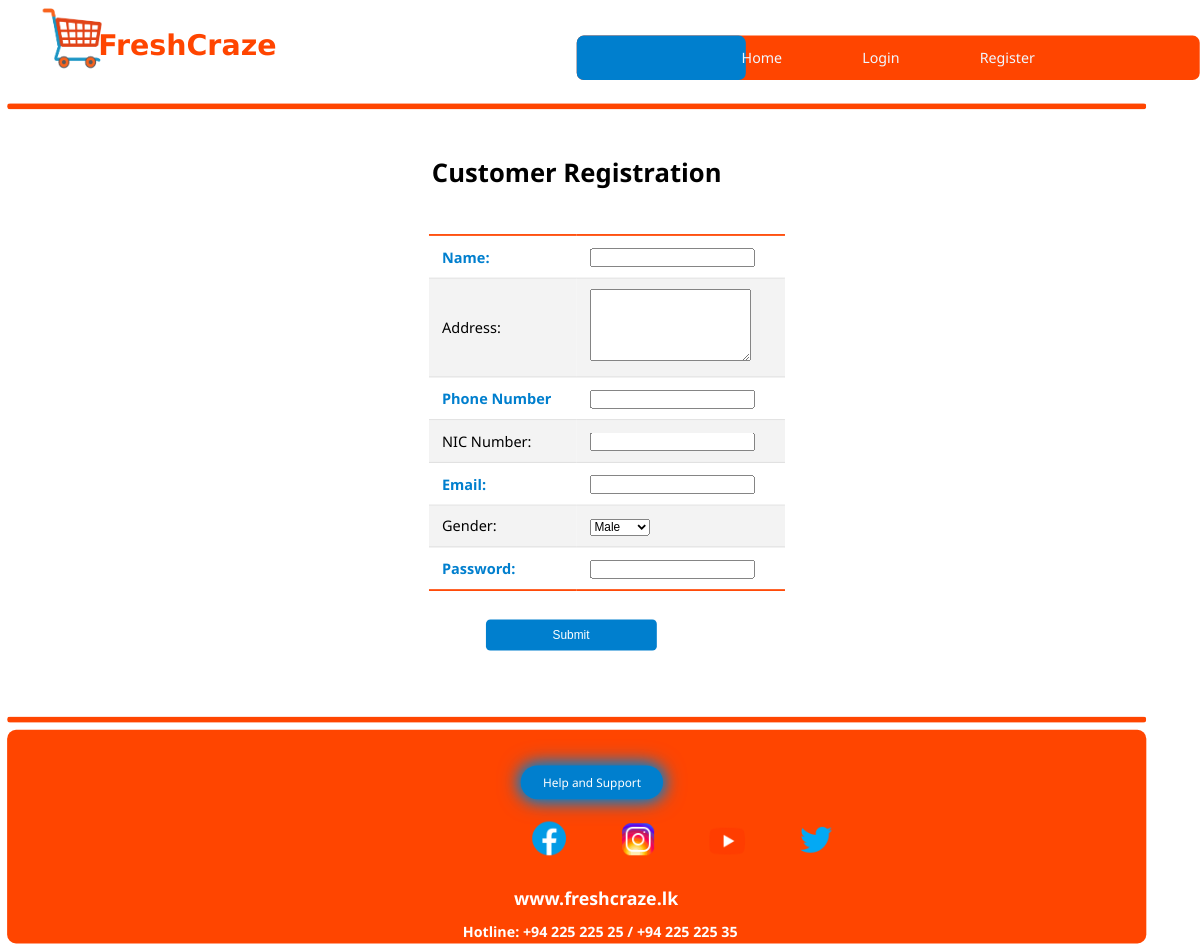
Repository: chamarac2002/FreshCraze
Page: http://localhost/CustomerDemo/customerinsert.jsp
An editor plug-in stored every save of this project. The page is shown before and after the next save, followed by the edit.
The browser window is 1280 px wide. The page is 1348 px wide, so the pictures cover 1348 px, including what lies to the right of the window. The pictures show the whole page, at 89% of full size.
The page is served by Tomcat 9. Nobody is signed in. The application's start-up code is not run.

Above is the page before, as saved 2024-05-11 08:07:20.

After the next save:
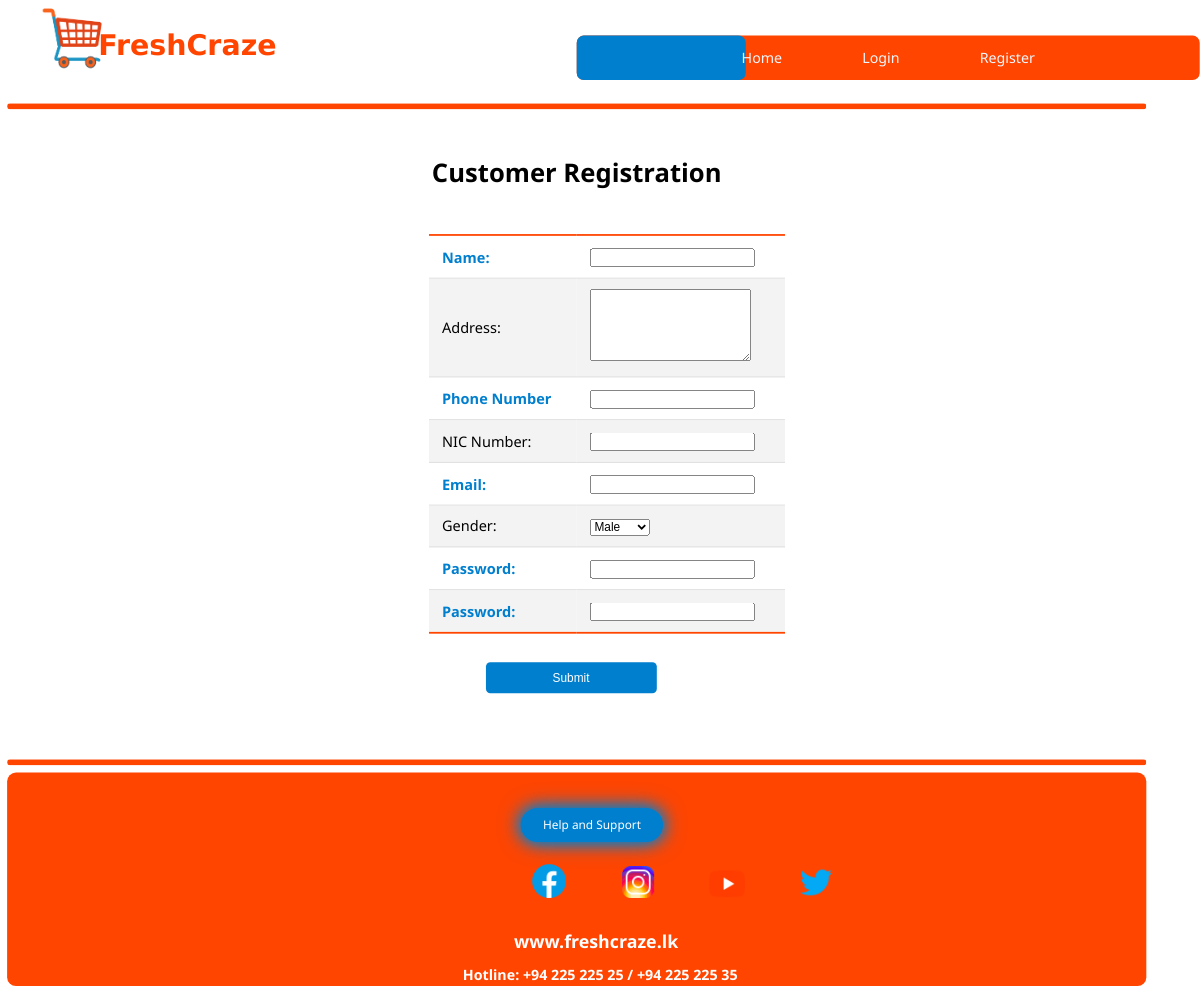
Saved 5 min 19 s later.
--- a/CustomerDemo/src/main/webapp/customerinsert.jsp
+++ b/CustomerDemo/src/main/webapp/customerinsert.jsp
@@ -64,6 +64,10 @@
 			<td>Password:</td>
 			<td><input type="password" name="pass"></td>
 		</tr>
+		<tr class="active-row">
+			<td>Password:</td>
+			<td><input type="password" name="confirm_pass"></td>
+		</tr>
     </tbody>
 	</table>
 	<input type="submit" name="submit" class="sub" value="Submit"><br><br><br>

After the save that followed:
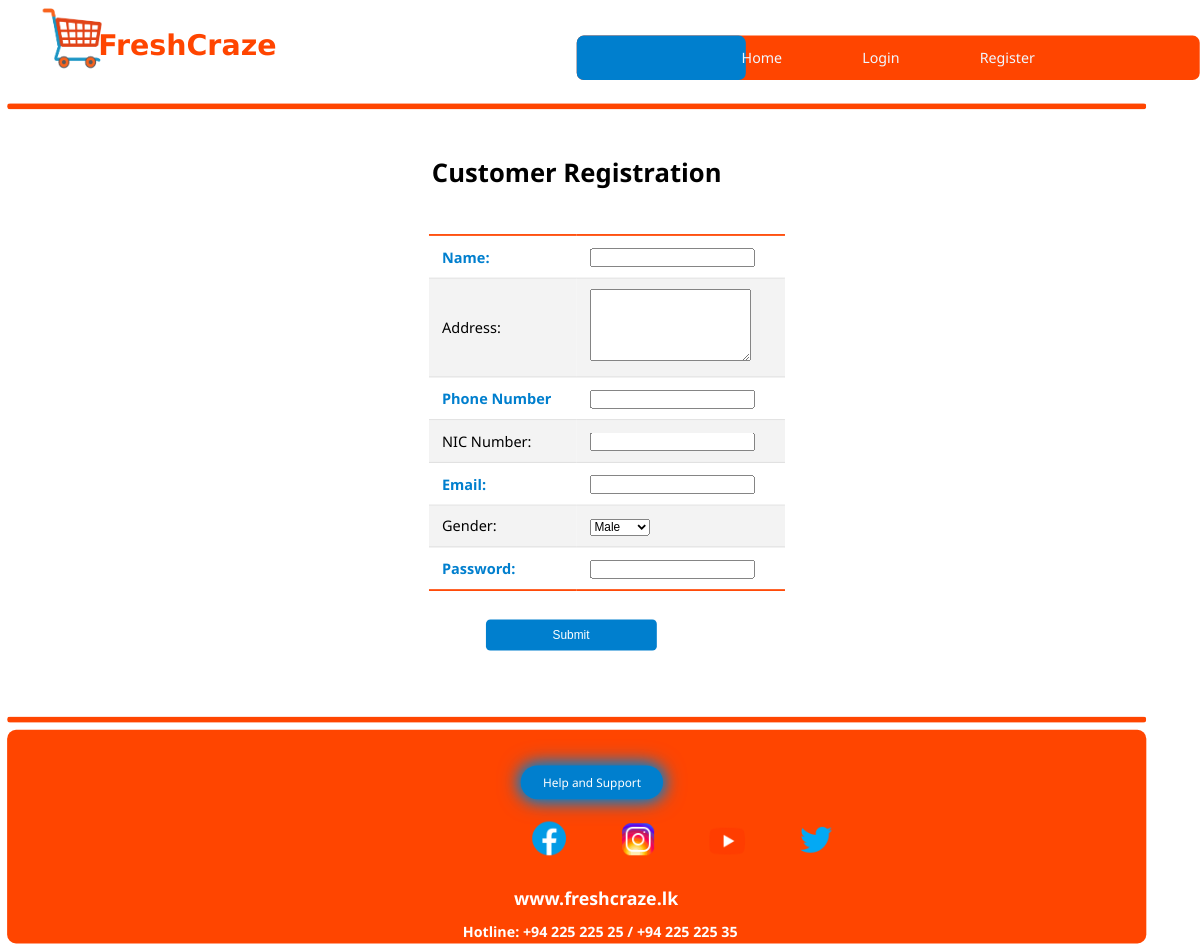
Saved 50 s later.
--- a/CustomerDemo/src/main/webapp/customerinsert.jsp
+++ b/CustomerDemo/src/main/webapp/customerinsert.jsp
@@ -64,10 +64,7 @@
 			<td>Password:</td>
 			<td><input type="password" name="pass"></td>
 		</tr>
-		<tr class="active-row">
-			<td>Password:</td>
-			<td><input type="password" name="confirm_pass"></td>
-		</tr>
+
     </tbody>
 	</table>
 	<input type="submit" name="submit" class="sub" value="Submit"><br><br><br>
